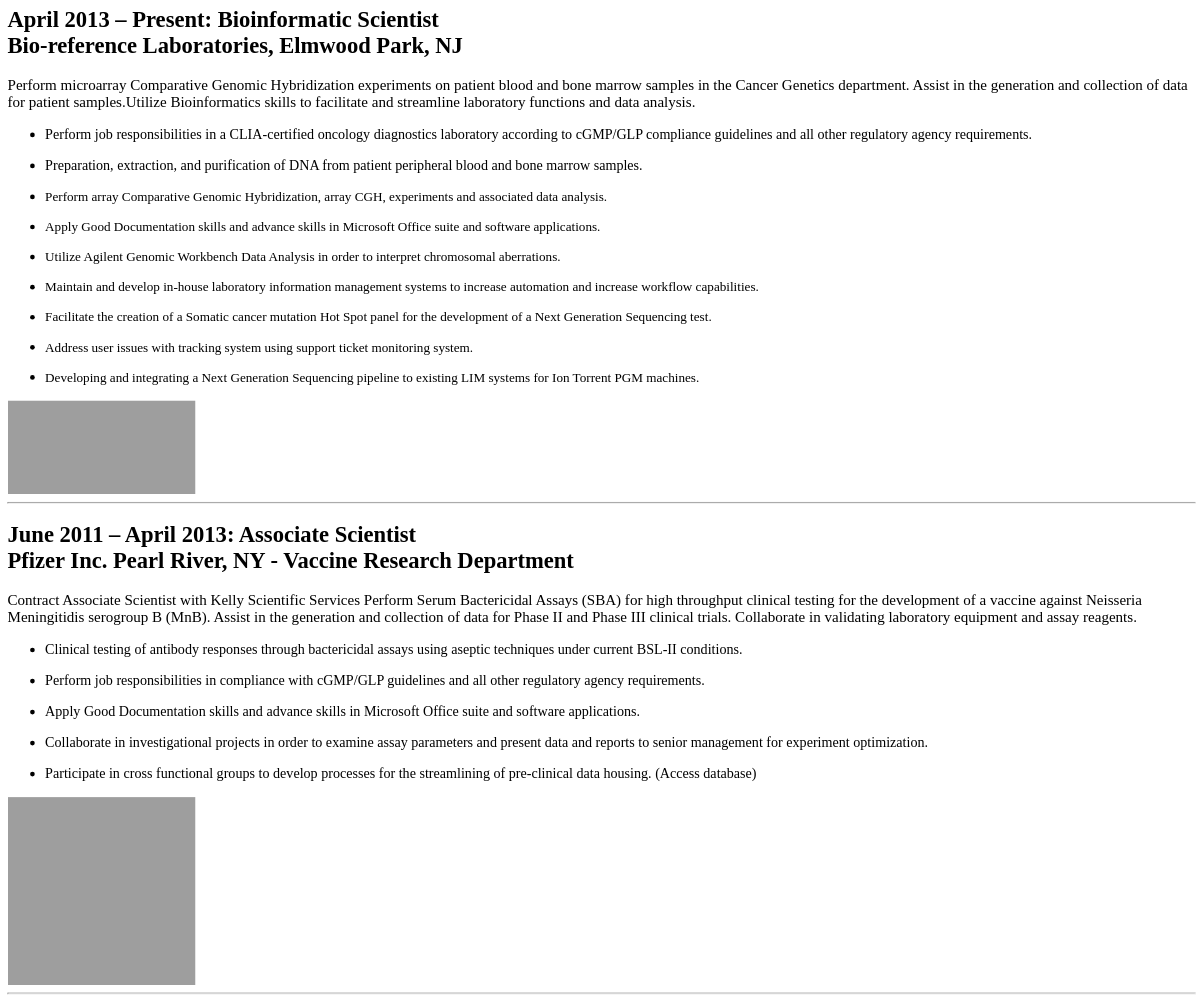
Repository: gmihalik/resume-website
Page: views/industry.html
The author's editor kept a record of every edit. The page is drawn from the files as they stood at one moment, then again after the next edit.
The browser window is 1280 px wide. The pictures show the whole page, at 94% of full size.
Pictures or frames that could not be fetched are drawn as grey boxes.

Above is the page before.

After the next edit:
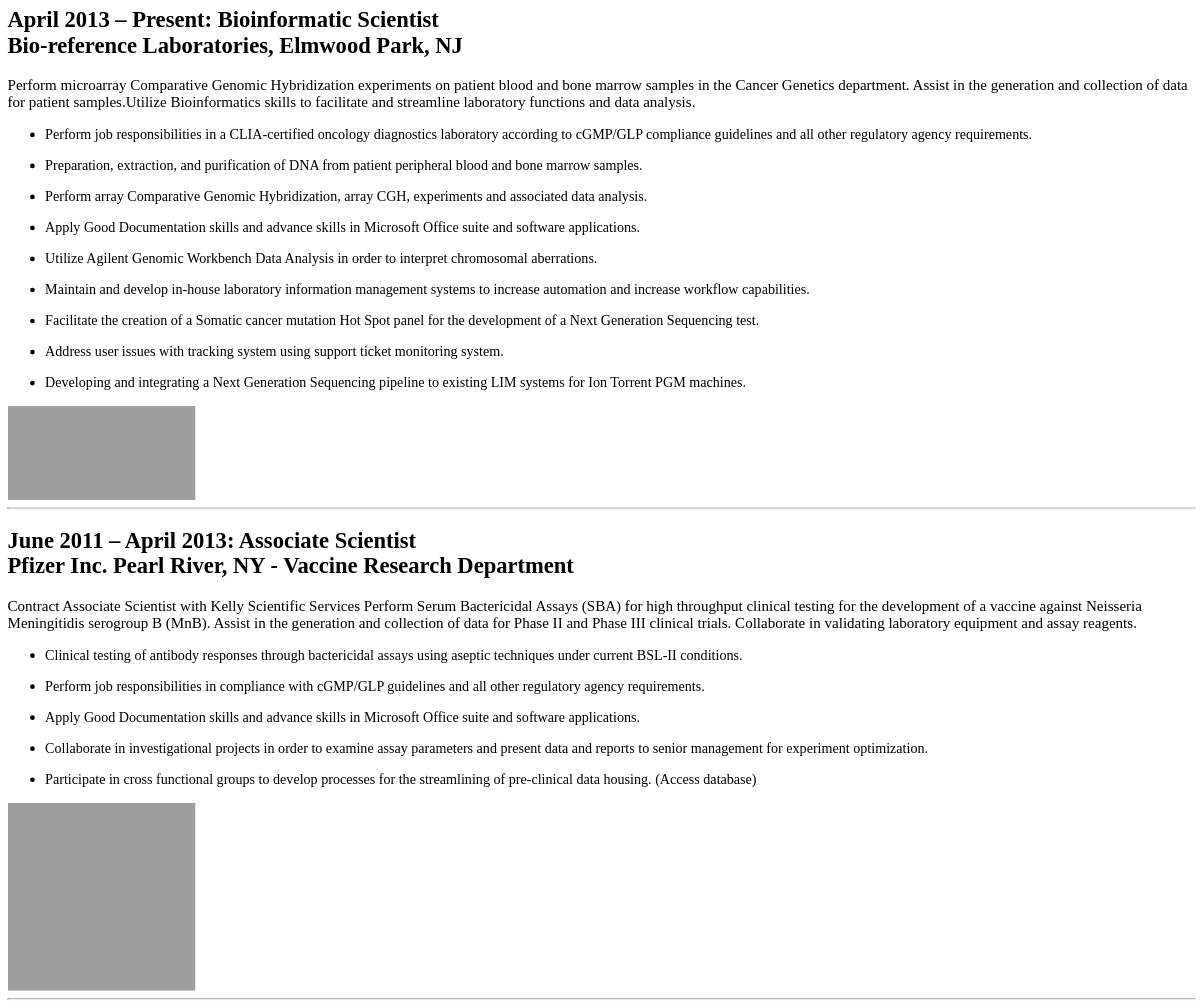
The edit:
--- a/views/industry.html
+++ b/views/industry.html
@@ -9,13 +9,13 @@
         <ul>
             <li><p style="font-size:15px">Perform job responsibilities in a CLIA-certified oncology diagnostics laboratory according to cGMP/GLP compliance guidelines and all other regulatory agency requirements.</p></li>
             <li><p style="font-size:15px">Preparation, extraction, and purification of DNA from patient peripheral blood and bone marrow samples.</p></li>
-            <li><p style="font-size:14px">Perform array Comparative Genomic Hybridization, array CGH, experiments and associated data analysis.  </p></li>
-            <li><p style="font-size:14px">Apply Good Documentation skills and advance skills in Microsoft Office suite and software applications.</p></li>
-            <li><p style="font-size:14px">Utilize Agilent Genomic Workbench Data Analysis in order to interpret chromosomal aberrations.</p></li>
-            <li><p style="font-size:14px">Maintain and develop in-house laboratory information management systems to increase automation and increase workflow capabilities.</p></li>
-            <li><p style="font-size:14px">Facilitate the creation of a Somatic cancer mutation Hot Spot panel for the development of a Next Generation Sequencing test. </p></li>
-            <li><p style="font-size:14px">Address user issues with tracking system using support ticket monitoring system.</p></li>
-            <li><p style="font-size:14px">Developing and integrating a Next Generation Sequencing pipeline to existing LIM systems for Ion Torrent PGM machines.</p></li>
+            <li><p style="font-size:15px">Perform array Comparative Genomic Hybridization, array CGH, experiments and associated data analysis.  </p></li>
+            <li><p style="font-size:15px">Apply Good Documentation skills and advance skills in Microsoft Office suite and software applications.</p></li>
+            <li><p style="font-size:15px">Utilize Agilent Genomic Workbench Data Analysis in order to interpret chromosomal aberrations.</p></li>
+            <li><p style="font-size:15px">Maintain and develop in-house laboratory information management systems to increase automation and increase workflow capabilities.</p></li>
+            <li><p style="font-size:15px">Facilitate the creation of a Somatic cancer mutation Hot Spot panel for the development of a Next Generation Sequencing test. </p></li>
+            <li><p style="font-size:15px">Address user issues with tracking system using support ticket monitoring system.</p></li>
+            <li><p style="font-size:15px">Developing and integrating a Next Generation Sequencing pipeline to existing LIM systems for Ion Torrent PGM machines.</p></li>
         </ul>
         </div>
         <div class="col-md-3">
